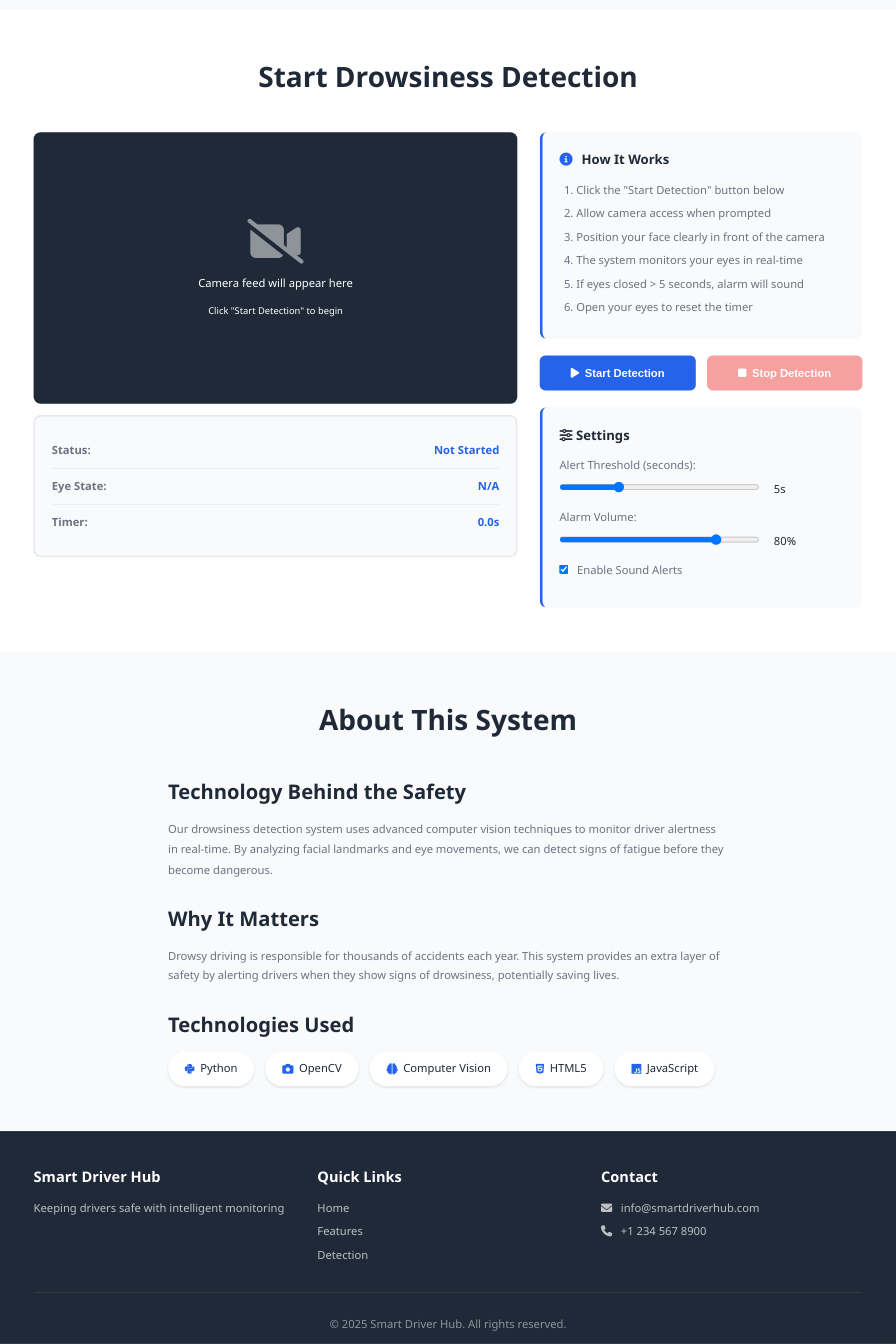
Repository: shravanramakunja/drowsy-detector
Page: web/index.html
An editor plug-in stored every save of this project. The page is shown before and after the next save, followed by the edit.
The browser window is 1280 px wide. The pictures show the part of the page from y = 1587 to 3507 px (the page is 3507 px tall), at 70% of full size.

Above is the page before, as saved 2025-10-15 22:48:59.

### web/index.html
<!DOCTYPE html>
<html lang="en">
<head>
    <meta charset="UTF-8">
    <meta name="viewport" content="width=device-width, initial-scale=1.0">
    <title>Smart Driver Hub - Drowsiness Detection</title>
    <link rel="stylesheet" href="styles.css">
    <link rel="stylesheet" href="https://cdnjs.cloudflare.com/ajax/libs/font-awesome/6.4.0/css/all.min.css">
</head>
<body>
    <div class="container">
        <!-- Header -->
        <header class="header">
            <div class="logo">
                <i class="fas fa-car"></i>
                <h1>Smart Driver Hub</h1>
            </div>
            <nav class="nav">
                <a href="#home" class="nav-link active">Home</a>
                <a href="#features" class="nav-link">Features</a>
                <a href="#detection" class="nav-link">Detection</a>
                <a href="#about" class="nav-link">About</a>
            </nav>
        </header>

        <!-- Hero Section -->
        <section id="home" class="hero">
            <div class="hero-content">
                <h2 class="hero-title">Drive Safe, Stay Alert</h2>
                <p class="hero-subtitle">Real-time drowsiness detection system to keep you safe on the road</p>
                <div class="hero-stats">
                    <div class="stat">
                        <i class="fas fa-shield-alt"></i>
                        <h3>100%</h3>
                        <p>Safety First</p>
                    </div>
                    <div class="stat">
                        <i class="fas fa-clock"></i>
                        <h3>Real-time</h3>
                        <p>Detection</p>
                    </div>
                    <div class="stat">
                        <i class="fas fa-bell"></i>
                        <h3>Instant</h3>
                        <p>Alerts</p>
                    </div>
                </div>
            </div>
        </section>

        <!-- Features Section -->
        <section id="features" class="features">
            <h2 class="section-title">Key Features</h2>
            <div class="features-grid">
                <div class="feature-card">
                    <i class="fas fa-eye"></i>
                    <h3>Eye Tracking</h3>
                    <p>Advanced eye detection using OpenCV to monitor your alertness</p>
                </div>
                <div class="feature-card">
                    <i class="fas fa-stopwatch"></i>
                    <h3>5-Second Detection</h3>
                    <p>Triggers alarm if eyes are closed for more than 5 seconds</p>
                </div>
                <div class="feature-card">
                    <i class="fas fa-volume-up"></i>
                    <h3>Audio Alerts</h3>
                    <p>Loud alarm sound to wake you up immediately</p>
                </div>
                <div class="feature-card">
                    <i class="fas fa-video"></i>
                    <h3>Live Video Feed</h3>
                    <p>Real-time camera monitoring with visual indicators</p>
                </div>
                <div class="feature-card">
                    <i class="fas fa-chart-line"></i>
                    <h3>Timer Display</h3>
                    <p>Shows countdown of how long eyes have been closed</p>
                </div>
                <div class="feature-card">
                    <i class="fas fa-cog"></i>
                    <h3>Easy to Use</h3>
                    <p>Simple interface with quick start and stop controls</p>
                </div>
                <!-- Fuel efficiency quick card -->
                <div class="feature-card">
                    <i class="fas fa-gas-pump"></i>
                    <h3>Fuel Efficiency Predictor</h3>
                    <p>Quickly estimate fuel efficiency based on vehicle data (demo)</p>
                    <button class="btn btn-secondary" id="predictBtn" onclick="openFuelModal()">Predict Fuel Efficiency</button>
                </div>
            </div>
        </section>

        <!-- Detection Section -->
        <section id="detection" class="detection">
            <h2 class="section-title">Start Drowsiness Detection</h2>
            <div class="detection-container">
                <div class="video-section">
                    <div class="video-placeholder" id="videoPlaceholder">
                        <i class="fas fa-video-slash"></i>
                        <p>Camera feed will appear here</p>
                        <small>Click "Start Detection" to begin</small>
                    </div>
                    <div class="status-panel">
                        <div class="status-item">
                            <span class="status-label">Status:</span>
                            <span class="status-value" id="statusValue">Not Started</span>
                        </div>
                        <div class="status-item">
                            <span class="status-label">Eye State:</span>
                            <span class="status-value" id="eyeState">N/A</span>
                        </div>
                        <div class="status-item">
                            <span class="status-label">Timer:</span>
                            <span class="status-value" id="timerValue">0.0s</span>
                        </div>
                    </div>
                </div>

                <div class="control-section">
                    <div class="info-box">
                        <h3><i class="fas fa-info-circle"></i> How It Works</h3>
                        <ol>
                            <li>Click the "Start Detection" button below</li>
                            <li>Allow camera access when prompted</li>
                            <li>Position your face clearly in front of the camera</li>
                            <li>The system monitors your eyes in real-time</li>
                            <li>If eyes closed &gt; 5 seconds, alarm will sound</li>
                            <li>Open your eyes to reset the timer</li>
                        </ol>
                    </div>

                    <div class="button-group">
                        <button class="btn btn-primary" id="startBtn" onclick="startDetection()">
                            <i class="fas fa-play"></i> Start Detection
                        </button>
                        <button class="btn btn-danger" id="stopBtn" onclick="stopDetection()" disabled>
                            <i class="fas fa-stop"></i> Stop Detection
                        </button>
                    </div>

                    <div class="settings-box">
                        <h3><i class="fas fa-sliders-h"></i> Settings</h3>
                        <div class="setting-item">
                            <label for="thresholdSlider">Alert Threshold (seconds):</label>
                            <input type="range" id="thresholdSlider" min="3" max="10" value="5" step="1">
                            <span id="thresholdValue">5</span>s
                        </div>
                        <div class="setting-item">
                            <label for="volumeSlider">Alarm Volume:</label>
                            <input type="range" id="volumeSlider" min="0" max="100" value="80" step="10">
                            <span id="volumeValue">80</span>%
                        </div>
                        <div class="setting-item">
                            <label>
                                <input type="checkbox" id="soundToggle" checked>
                                Enable Sound Alerts
                            </label>
                        </div>
                    </div>

                    <div class="alert-box" id="alertBox" style="display: none;">
                        <i class="fas fa-exclamation-triangle"></i>
                        <strong>DROWSINESS ALERT!</strong>
                        <p>Wake up! Your eyes have been closed too long.</p>
                    </div>
                </div>
            </div>
        </section>

        <!-- Fuel Prediction Modal -->
        <div id="fuelModal" class="modal" style="display:none;">
            <div class="modal-content">
                <span class="close" onclick="closeFuelModal()">&times;</span>
                <h3>Predict Fuel Efficiency (Demo)</h3>
                <p>Enter basic vehicle info to see a demo estimate.</p>
                <div class="form-grid">
                    <label>Engine Size (L)</label>
                    <input id="engineSize" type="number" step="0.1" value="2.0">
                    <label>Vehicle Weight (kg)</label>
                    <input id="vehicleWeight" type="number" value="1500">
                    <label>Horsepower (HP)</label>
                    <input id="horsepower" type="number" value="140">
                    <label>Transmission (0=Auto,1=Manual)</label>
                    <input id="transmission" type="number" value="0">
                    <label>Vehicle Type</label>
                    <select id="vehicleType">
                        <option value="sedan" selected>Sedan</option>
                        <option value="suv">SUV</option>
                        <option value="hatchback">Hatchback</option>
                        <option value="truck">Truck</option>
                        <option value="coupe">Coupe</option>
                        <option value="electric">Electric</option>
                    </select>
                </div>
                <div class="progress-bar" id="predictProgress" style="display:none;">
                    <div class="progress-fill" id="progressFill" style="width:0%"></div>
                </div>
                <div class="result-box" id="predictResult" style="display:none;">
                    <h4>Estimated Fuel Efficiency</h4>
                    <p id="fuelValue">-- km/l</p>
                    <div class="result-stats">
                        <div>City: <strong id="cityVal">--</strong></div>
                        <div>Highway: <strong id="highwayVal">--</strong></div>
                    </div>
                </div>
                <div class="modal-actions">
                    <button class="btn btn-primary" onclick="runFuelPrediction()">Predict</button>
                    <button class="btn" onclick="resetFuelModal()">Reset</button>
                </div>
            </div>
        </div>

        <!-- About Section -->
        <section id="about" class="about">
            <h2 class="section-title">About This System</h2>
            <div class="about-content">
                <div class="about-text">
                    <h3>Technology Behind the Safety</h3>
                    <p>Our drowsiness detection system uses advanced computer vision techniques to monitor driver alertness in real-time. By analyzing facial landmarks and eye movements, we can detect signs of fatigue before they become dangerous.</p>

                    <h3>Why It Matters</h3>
                    <p>Drowsy driving is responsible for thousands of accidents each year. This system provides an extra layer of safety by alerting drivers when they show signs of drowsiness, potentially saving lives.</p>

                    <h3>Technologies Used</h3>
                    <ul class="tech-list">
                        <li><i class="fab fa-python"></i> Python</li>
                        <li><i class="fas fa-camera"></i> OpenCV</li>
                        <li><i class="fas fa-brain"></i> Computer Vision</li>
                        <li><i class="fab fa-html5"></i> HTML5</li>
                        <li><i class="fab fa-js"></i> JavaScript</li>
                    </ul>
                </div>
            </div>
        </section>

        <!-- Footer -->
        <footer class="footer">
            <div class="footer-content">
                <div class="footer-section">
                    <h4>Smart Driver Hub</h4>
                    <p>Keeping drivers safe with intelligent monitoring</p>
                </div>
                <div class="footer-section">
                    <h4>Quick Links</h4>
                    <a href="#home">Home</a>
                    <a href="#features">Features</a>
                    <a href="#detection">Detection</a>
                </div>
                <div class="footer-section">
                    <h4>Contact</h4>
                    <p><i class="fas fa-envelope"></i> info@smartdriverhub.com</p>
                    <p><i class="fas fa-phone"></i> +1 234 567 8900</p>
                </div>
            </div>
            <div class="footer-bottom">
                <p>&copy; 2025 Smart Driver Hub. All rights reserved.</p>
            </div>
        </footer>
    </div>

    <script src="script.js"></script>
</body>
</html>

### web/styles.css
* {
    margin: 0;
    padding: 0;
    box-sizing: border-box;
}

:root {
    --primary-color: #2563eb;
    --secondary-color: #1e40af;
    --success-color: #10b981;
    --danger-color: #ef4444;
    --warning-color: #f59e0b;
    --dark: #1f2937;
    --light: #f9fafb;
    --gray: #6b7280;
    --border: #e5e7eb;
}

body {
    font-family: 'Segoe UI', Tahoma, Geneva, Verdana, sans-serif;
    line-height: 1.6;
    color: var(--dark);
    background: linear-gradient(135deg, #667eea 0%, #764ba2 100%);
    min-height: 100vh;
}

.container {
    max-width: 1400px;
    margin: 0 auto;
    background: white;
    box-shadow: 0 20px 60px rgba(0,0,0,0.3);
}

/* Header */
.header {
    display: flex;
    justify-content: space-between;
    align-items: center;
    padding: 1.5rem 3rem;
    background: linear-gradient(135deg, var(--primary-color), var(--secondary-color));
    color: white;
    box-shadow: 0 4px 6px rgba(0,0,0,0.1);
}

.logo {
    display: flex;
    align-items: center;
    gap: 1rem;
}

.logo i {
    font-size: 2rem;
}

.logo h1 {
    font-size: 1.8rem;
    font-weight: 700;
}

.nav {
    display: flex;
    gap: 2rem;
}

.nav-link {
    color: white;
    text-decoration: none;
    font-weight: 500;
    transition: all 0.3s;
    padding: 0.5rem 1rem;
    border-radius: 5px;
}

.nav-link:hover,
.nav-link.active {
    background: rgba(255,255,255,0.2);
}

/* Hero Section */
.hero {
    padding: 4rem 3rem;
    background: linear-gradient(135deg, #667eea 0%, #764ba2 100%);
    color: white;
    text-align: center;
}

.hero-title {
    font-size: 3rem;
    margin-bottom: 1rem;
    font-weight: 800;
}

.hero-subtitle {
    font-size: 1.3rem;
    margin-bottom: 3rem;
    opacity: 0.9;
}

.hero-stats {
    display: flex;
    justify-content: center;
    gap: 4rem;
    flex-wrap: wrap;
}

.stat {
    text-align: center;
}

.stat i {
    font-size: 3rem;
    margin-bottom: 1rem;
}

.stat h3 {
    font-size: 2rem;
    margin-bottom: 0.5rem;
}

/* Section Styles */
.section-title {
    text-align: center;
    font-size: 2.5rem;
    margin-bottom: 3rem;
    color: var(--dark);
    font-weight: 700;
}

/* Features Section */
.features {
    padding: 4rem 3rem;
    background: var(--light);
}

.features-grid {
    display: grid;
    grid-template-columns: repeat(auto-fit, minmax(300px, 1fr));
    gap: 2rem;
}

.feature-card {
    background: white;
    padding: 2rem;
    border-radius: 10px;
    box-shadow: 0 4px 6px rgba(0,0,0,0.1);
    transition: transform 0.3s, box-shadow 0.3s;
    text-align: center;
}

.feature-card:hover {
    transform: translateY(-5px);
    box-shadow: 0 10px 20px rgba(0,0,0,0.15);
}

.feature-card i {
    font-size: 3rem;
    color: var(--primary-color);
    margin-bottom: 1rem;
}

.feature-card h3 {
    font-size: 1.5rem;
    margin-bottom: 1rem;
    color: var(--dark);
}

.feature-card p {
    color: var(--gray);
}

/* Detection Section */
.detection {
    padding: 4rem 3rem;
    background: white;
}

.detection-container {
    display: grid;
    grid-template-columns: 1.5fr 1fr;
    gap: 2rem;
}

.video-section {
    display: flex;
    flex-direction: column;
    gap: 1rem;
}

.video-placeholder {
    background: var(--dark);
    color: white;
    aspect-ratio: 16/9;
    border-radius: 10px;
    display: flex;
    flex-direction: column;
    justify-content: center;
    align-items: center;
    gap: 1rem;
    padding: 2rem;
}

.video-placeholder i {
    font-size: 4rem;
    opacity: 0.5;
}

.status-panel {
    background: var(--light);
    padding: 1.5rem;
    border-radius: 10px;
    border: 2px solid var(--border);
}

.status-item {
    display: flex;
    justify-content: space-between;
    padding: 0.75rem 0;
    border-bottom: 1px solid var(--border);
}

.status-item:last-child {
    border-bottom: none;
}

.status-label {
    font-weight: 600;
    color: var(--gray);
}

.status-value {
    font-weight: 700;
    color: var(--primary-color);
}

.control-section {
    display: flex;
    flex-direction: column;
    gap: 1.5rem;
}

.info-box,
.settings-box {
    background: var(--light);
    padding: 1.5rem;
    border-radius: 10px;
    border-left: 4px solid var(--primary-color);
}

.info-box h3,
.settings-box h3 {
    margin-bottom: 1rem;
    color: var(--dark);
}

.info-box i {
    color: var(--primary-color);
    margin-right: 0.5rem;
}

.info-box ol {
    padding-left: 1.5rem;
}

.info-box li {
    margin-bottom: 0.5rem;
    color: var(--gray);
}

.button-group {
    display: flex;
    gap: 1rem;
}

.btn {
    flex: 1;
    padding: 1rem 2rem;
    border: none;
    border-radius: 8px;
    font-size: 1rem;
    font-weight: 600;
    cursor: pointer;
    transition: all 0.3s;
    display: flex;
    align-items: center;
    justify-content: center;
    gap: 0.5rem;
}

.btn:disabled {
    opacity: 0.5;
    cursor: not-allowed;
}

.btn-primary {
    background: var(--primary-color);
    color: white;
}

.btn-primary:hover:not(:disabled) {
    background: var(--secondary-color);
    transform: translateY(-2px);
    box-shadow: 0 4px 8px rgba(0,0,0,0.2);
}

.btn-danger {
    background: var(--danger-color);
    color: white;
}

.btn-danger:hover:not(:disabled) {
    background: #dc2626;
    transform: translateY(-2px);
    box-shadow: 0 4px 8px rgba(0,0,0,0.2);
}

.setting-item {
    margin-bottom: 1rem;
}

.setting-item label {
    display: block;
    margin-bottom: 0.5rem;
    color: var(--gray);
    font-weight: 500;
}

.setting-item input[type="range"] {
    width: 70%;
    margin-right: 1rem;
}

.setting-item input[type="checkbox"] {
    margin-right: 0.5rem;
}

.alert-box {
    background: var(--danger-color);
    color: white;
    padding: 1.5rem;
    border-radius: 10px;
    text-align: center;
    animation: pulse 1s infinite;
}

.alert-box i {
    font-size: 2rem;
    display: block;
    margin-bottom: 0.5rem;
}

@keyframes pulse {
    0%, 100% { opacity: 1; }
    50% { opacity: 0.7; }
}

/* About Section */
.about {
    padding: 4rem 3rem;
    background: var(--light);
}

.about-content {
    max-width: 800px;
    margin: 0 auto;
}

.about-text h3 {
    color: var(--dark);
    margin: 2rem 0 1rem;
    font-size: 1.8rem;
}

.about-text p {
    color: var(--gray);
    margin-bottom: 1.5rem;
    line-height: 1.8;
}

.tech-list {
    list-style: none;
    display: flex;
    flex-wrap: wrap;
    gap: 1rem;
}

.tech-list li {
    background: white;
    padding: 0.75rem 1.5rem;
    border-radius: 25px;
    box-shadow: 0 2px 4px rgba(0,0,0,0.1);
    display: flex;
    align-items: center;
    gap: 0.5rem;
}

.tech-list i {
    color: var(--primary-color);
}

/* Footer */
.footer {
    background: var(--dark);
    color: white;
    padding: 3rem 3rem 1rem;
}

.footer-content {
    display: grid;
    grid-template-columns: repeat(auto-fit, minmax(250px, 1fr));
    gap: 2rem;
    margin-bottom: 2rem;
}

.footer-section h4 {
    margin-bottom: 1rem;
    font-size: 1.3rem;
}

.footer-section a {
    display: block;
    color: rgba(255,255,255,0.7);
    text-decoration: none;
    margin-bottom: 0.5rem;
    transition: color 0.3s;
}

.footer-section a:hover {
    color: white;
}

.footer-section p {
    color: rgba(255,255,255,0.7);
    margin-bottom: 0.5rem;
}

.footer-section i {
    margin-right: 0.5rem;
}

.footer-bottom {
    text-align: center;
    padding-top: 2rem;
    border-top: 1px solid rgba(255,255,255,0.1);
    color: rgba(255,255,255,0.5);
}

/* Responsive Design */
@media (max-width: 768px) {
    .header {
        flex-direction: column;
        gap: 1rem;
    }

    .nav {
        flex-wrap: wrap;
        justify-content: center;
    }

    .hero-title {
        font-size: 2rem;
    }

    .detection-container {
        grid-template-columns: 1fr;
    }

    .button-group {
        flex-direction: column;
    }
}

/* Modal for fuel prediction */
.modal {
    position: fixed;
    z-index: 9999;
    left: 0;
    top: 0;
    width: 100%;
    height: 100%;
    overflow: auto;
    background-color: rgba(0,0,0,0.5);
    display: flex;
    align-items: center;
    justify-content: center;
}
.modal-content {
    background: white;
    padding: 1.5rem;
    border-radius: 10px;
    width: 520px;
    max-width: 95%;
    box-shadow: 0 10px 30px rgba(0,0,0,0.2);
}
.modal .close {
    float: right;
    font-size: 1.5rem;
    cursor: pointer;
}
.form-grid {
    display: grid;
    grid-template-columns: 1fr 1fr;
    gap: 0.75rem 1rem;
    margin: 1rem 0;
}
.form-grid label { font-weight: 600; color: var(--gray); }
.form-grid input { padding: 0.5rem; border: 1px solid var(--border); border-radius: 6px; }
.modal-actions { display:flex; gap:0.75rem; justify-content:flex-end; margin-top:1rem; }
.progress-bar { background: var(--light); border-radius: 6px; overflow: hidden; height: 12px; margin: 0.5rem 0; border:1px solid var(--border); }
.progress-fill { height:100%; background: linear-gradient(90deg,var(--primary-color),var(--secondary-color)); width:0%; transition:width 0.2s; }
.result-box { background:#f8fafc; padding:0.75rem; border-radius:8px; border:1px solid var(--border); margin-top:0.5rem; }
.result-box h4 { margin-bottom:0.5rem; }
.result-stats { display:flex; gap:1rem; margin-top:0.5rem; }

Loaded but not shown: web/script.js (286 lines, source omitted)

After the next save:
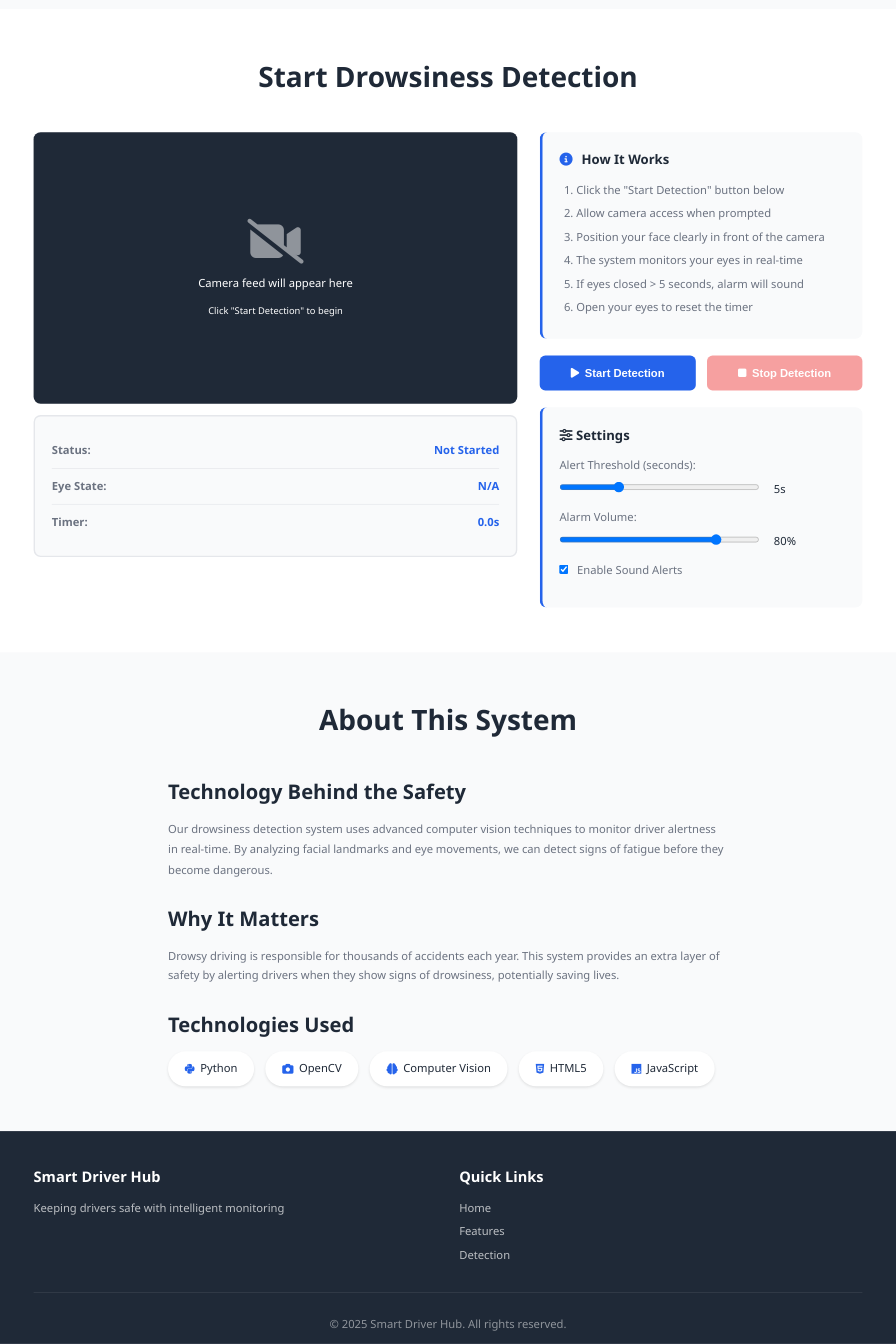
Saved 15 h 57 min later.
--- a/web/index.html
+++ b/web/index.html
@@ -248,11 +248,7 @@
                     <a href="#features">Features</a>
                     <a href="#detection">Detection</a>
                 </div>
-                <div class="footer-section">
-                    <h4>Contact</h4>
-                    <p><i class="fas fa-envelope"></i> info@smartdriverhub.com</p>
-                    <p><i class="fas fa-phone"></i> +1 234 567 8900</p>
-                </div>
+
             </div>
             <div class="footer-bottom">
                 <p>&copy; 2025 Smart Driver Hub. All rights reserved.</p>
